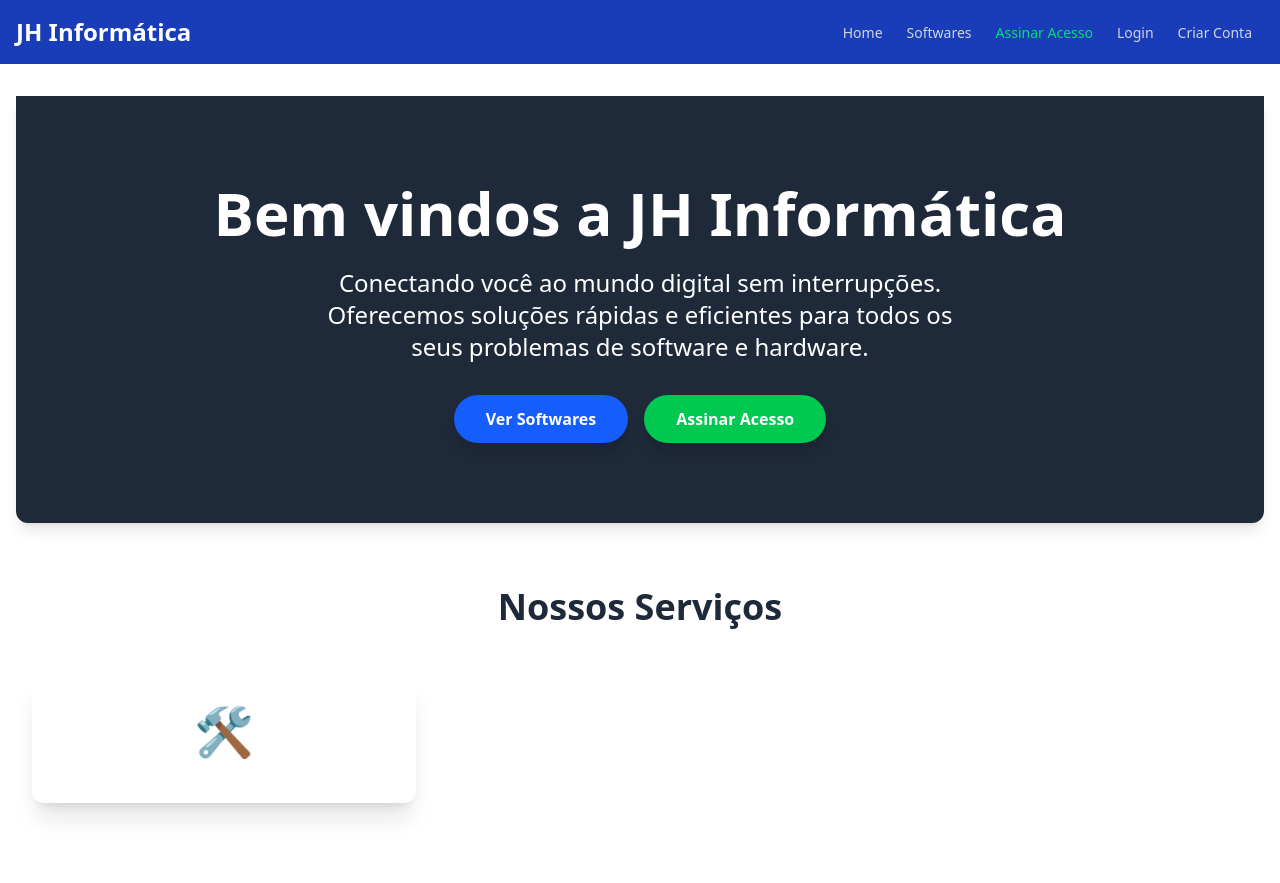
Repository: estevam02009/jh-info
Page: / (app in frontend/)
These files come from the project's save history. The page is drawn as it stood at one moment and after the next save; the edit follows.
The browser window is 1280 px wide. The pictures show the whole page.
The project was rebuilt for these pictures with package versions that can differ from the ones it lists, and the page was loaded fresh each time. Also part of the build but not shown: frontend/src/pages/Login.jsx, frontend/src/pages/Register.jsx, frontend/src/pages/Dashboard.jsx, frontend/src/components/ProtectedRoute.jsx, frontend/src/pages/SoftwareList.jsx, frontend/src/pages/SoftwareDetails.jsx, frontend/src/pages/SoftwareManagement.jsx, frontend/src/pages/PaymentPage.jsx and 1 more.

Above is the page before, as saved 2025-07-13 11:23:44.

After the next save:
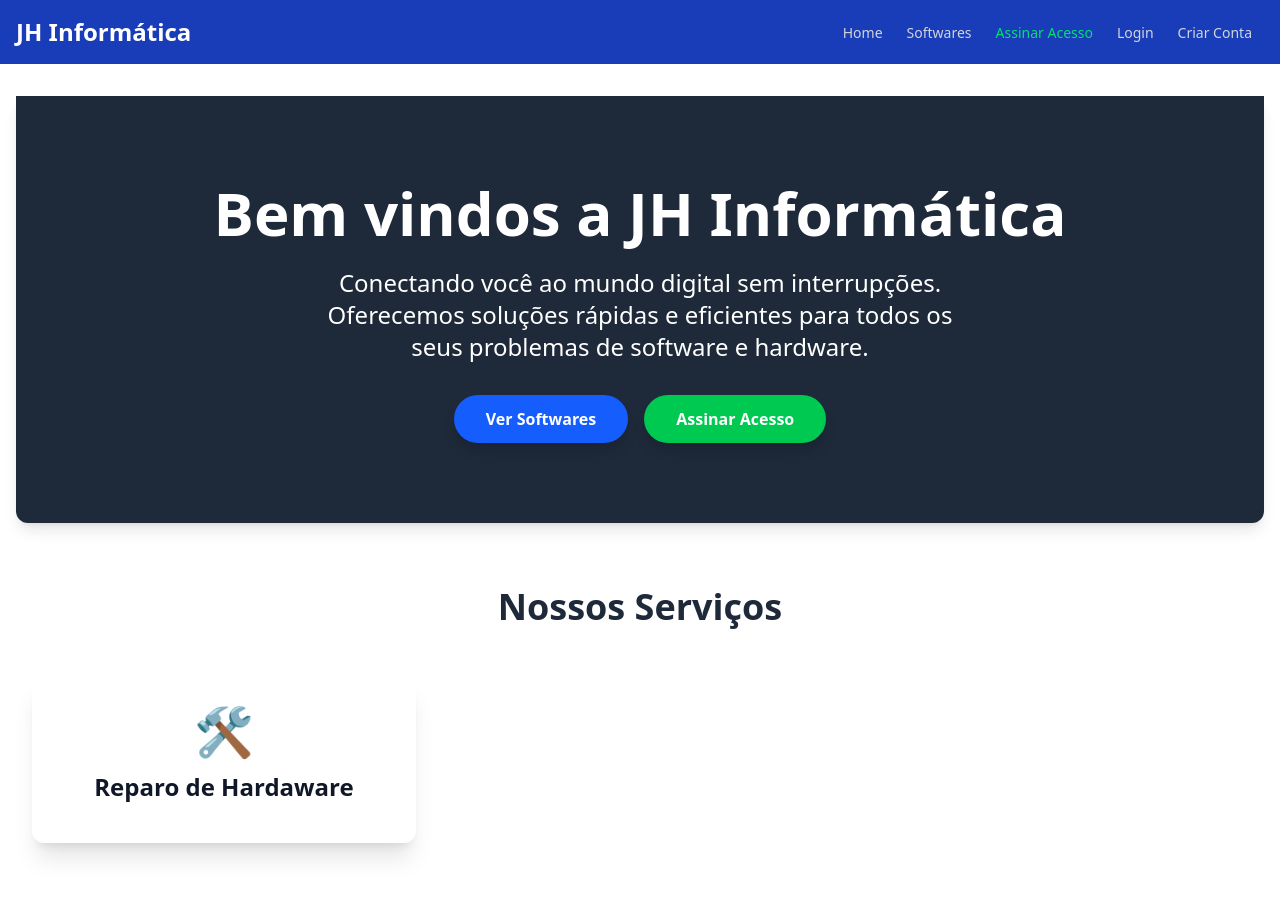
Saved 59 s later.
--- a/frontend/src/pages/Home.jsx
+++ b/frontend/src/pages/Home.jsx
@@ -37,6 +37,7 @@ const Home = () => {
                     {/* Card de Serviços */}
                     <div className='bg-white rounded-xl shadow-xl p-8 text-center transition-transform transform hover:scale-106 duration-300'>
                         <div className='text-5xl text-blue-600 mb-4'>🛠️</div>
+                        <h3 className='text-2xl font-semibold text-gray-900 mb-2'>Reparo de Hardaware</h3>
                     </div>
                 </div>
             </div>
